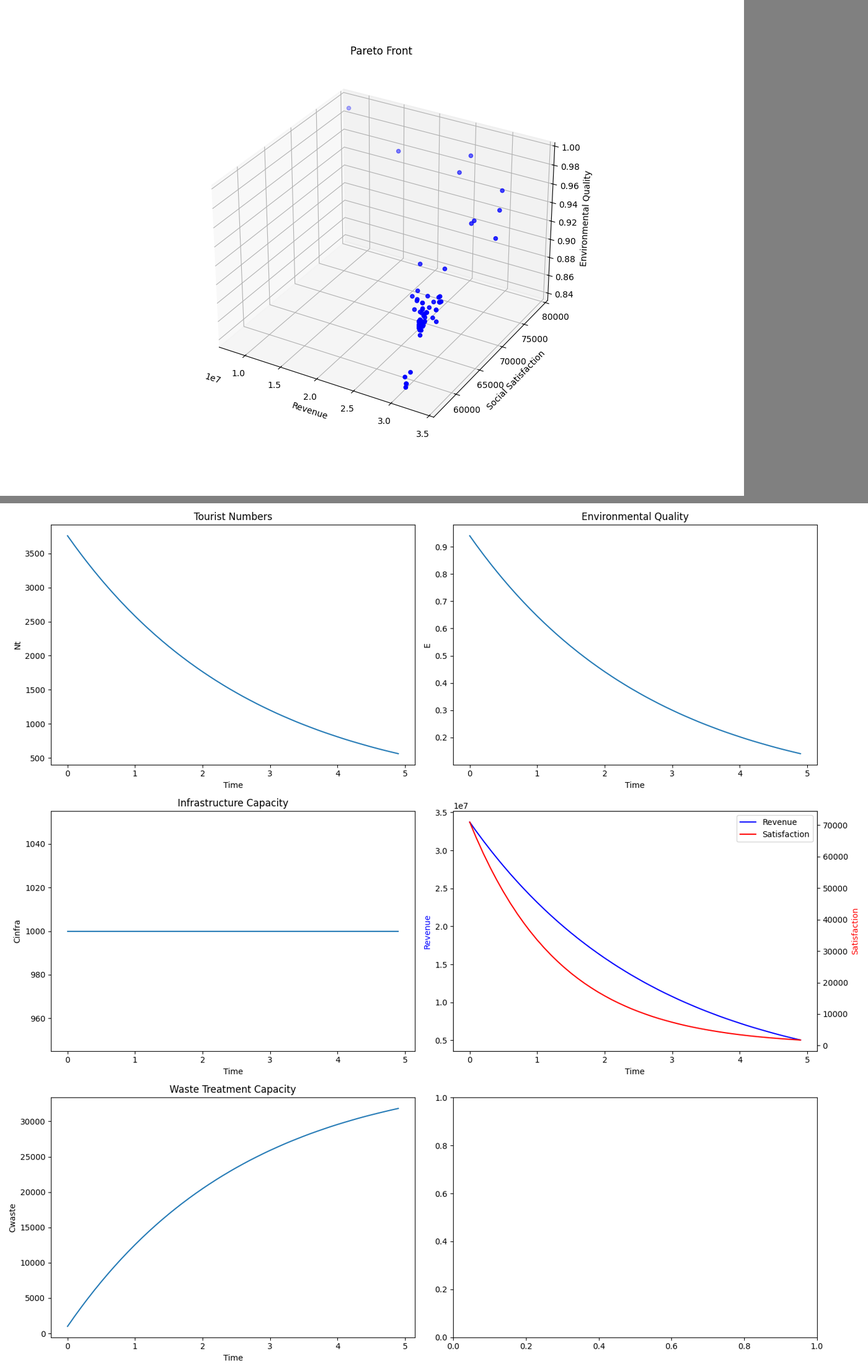
Repository: Kevinye0116/MCM
Script's output: python Coding/trial3.py
The author's editor kept a copy of each file at every save. The script's output is drawn from the files as they stood at one save, then again after the next save.
The pictures are shown at 62% of full size.
Each picture stacks the figures in order, with grey between them; figures that are only written to a file come last. Figures wider than 1,400 px are first shrunk to that width. Random numbers start from a fixed seed.

Above is the script's output before, as saved 2025-01-25 21:51:16.

After the next save:
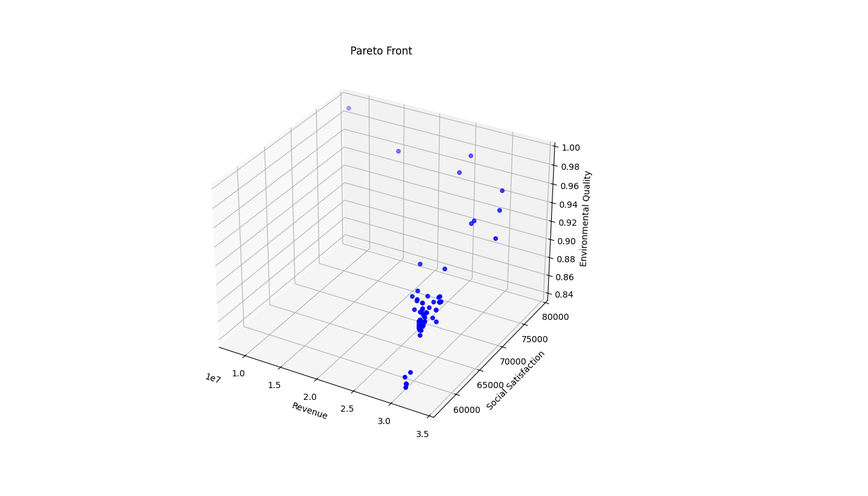
Error: NameError: name 'Cinfra' is not defined
Saved 25 s later.
--- a/Coding/trial3.py
+++ b/Coding/trial3.py
@@ -222,7 +222,6 @@ class TourismOptimization:
                 "tau_t": current_x[1],
                 "Pt": current_x[2],
                 "E": current_E,
-                "Cinfra": current_Cinfra,
                 "Cwaste": current_Cwaste,
                 "Revenue": self.calculate_revenue(current_x),
                 "Satisfaction": self.calculate_social_satisfaction(current_x),
@@ -275,7 +274,6 @@ class TourismOptimization:
         t = [state["t"] for state in history]
         Nt = [state["Nt"] for state in history]
         E = [state["E"] for state in history]
-        Cinfra = [state["Cinfra"] for state in history]
         Cwaste = [state["Cwaste"] for state in history]  # 新增废物处理容量数据
         Revenue = [state["Revenue"] for state in history]
         Satisfaction = [state["Satisfaction"] for state in history]
